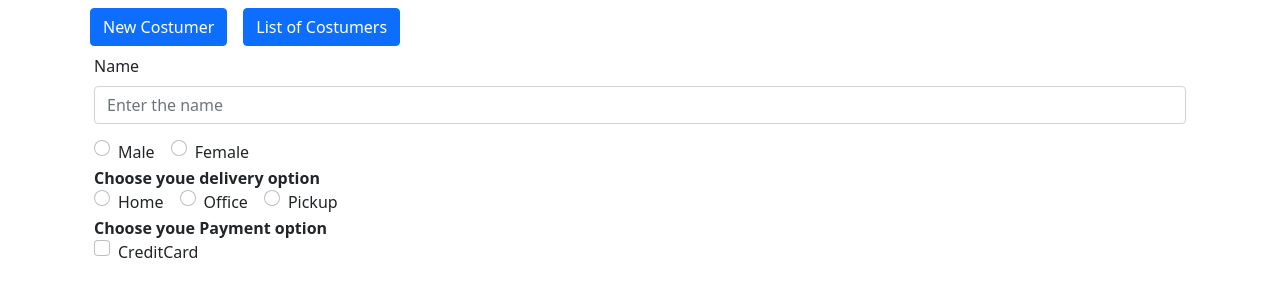
Repository: Sanjayjangra88/combo_app
Page: /, after clicking the first element matching `button.btn`
These files come from the project's save history. The page is drawn as it stood at one moment and after the next save; the edit follows.
The browser window is 1280 px wide. The pictures show the whole page.
Some web libraries are served in a nearby version. The project was rebuilt for these pictures with package versions that can differ from the ones it lists, and the page was loaded fresh each time. Also part of the build but not shown: src/App.js.

Above is the page before, as saved 2022-06-04 13:07:48.

After the next save:
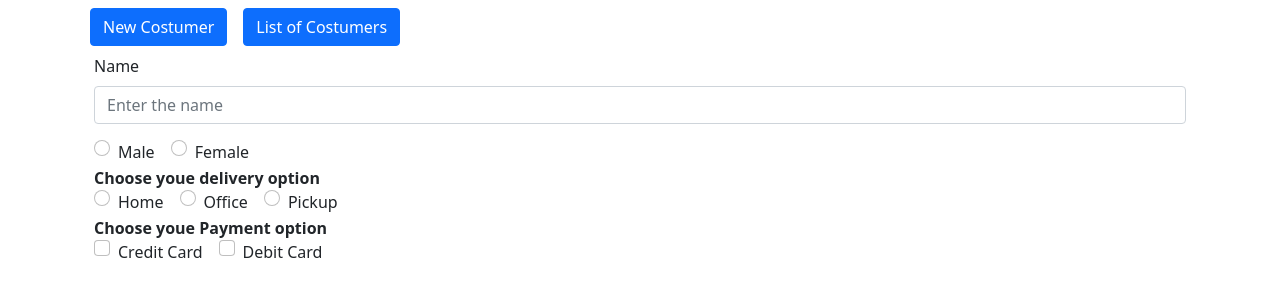
Saved 2 min 27 s later.
--- a/src/Components/dpForm.jsx
+++ b/src/Components/dpForm.jsx
@@ -81,7 +81,17 @@ export class dpForm extends Component {
                     value="creditCard"
                     checked={payment==="creditCard"}
                     onChange={this.handelChange}/>
-                    <label className="form-check-label">CreditCard</label>
+                    <label className="form-check-label">Credit Card</label>
+                </div>
+                <div className="form-check form-check-inline">
+                    <input
+                    className="form-check-input"
+                    type="checkbox"
+                    name="payment"
+                    value="debitCard"
+                    checked={payment==="debitCard"}
+                    onChange={this.handelChange}/>
+                    <label className="form-check-label">Debit Card</label>
                 </div>
 
       </div>
